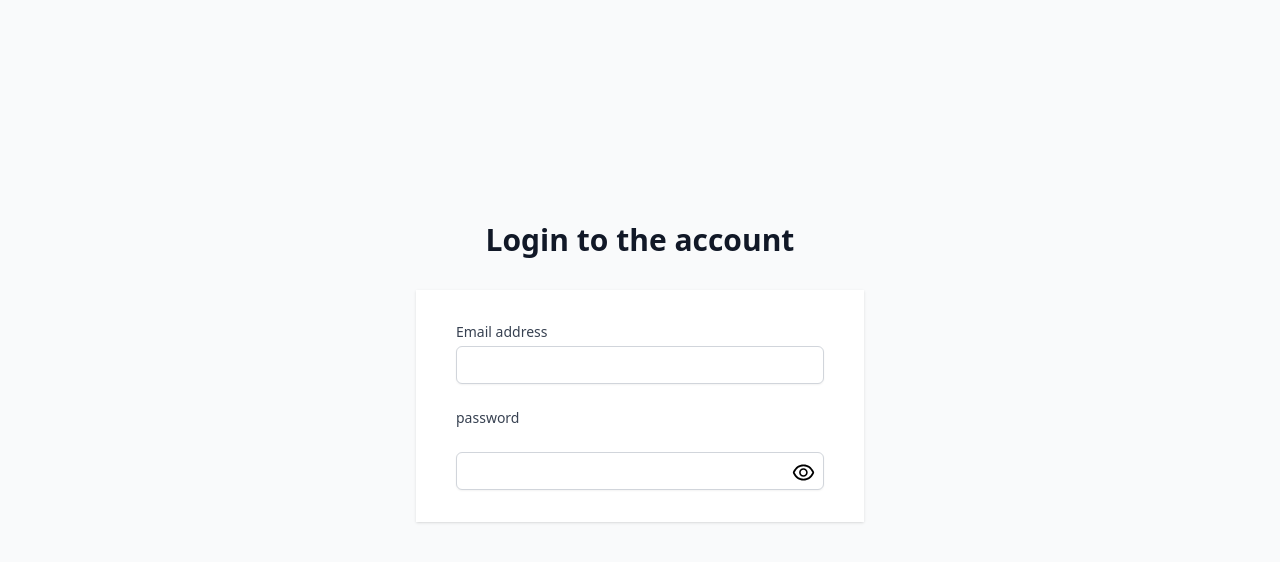
Repository: Kmazengia/nifasgebeya
Page: /login (app in frontend/)
The author's editor kept a copy of each file at every save. The page is drawn from the files as they stood at one save, then again after the next save.
The browser window is 1280 px wide. The pictures show the whole page.
The project was rebuilt for these pictures with package versions that can differ from the ones it lists, and the page was loaded fresh each time.

Above is the page before, as saved 2023-10-07 16:59:19.

### frontend/src/index.js
import React from 'react';
import ReactDOM from 'react-dom/client';
import App from './App';
import reportWebVitals from './reportWebVitals';

const root = ReactDOM.createRoot(document.getElementById('root'));
root.render(
  <React.StrictMode>
    <App />
  </React.StrictMode>
);
reportWebVitals();

### frontend/src/App.js
import React from "react";
import "./App.css";
import { BrowserRouter, Routes, Route } from "react-router-dom";
import { Login } from "./Routes.js";

const App = () => {
  return (
    <BrowserRouter>
      <Routes>
        <Route path="/login" element={<Login />} />
      </Routes>{" "}
    </BrowserRouter>
  );
};

export default App;

### frontend/src/Routes.js
import Login from "../src/pages/Login.jsx";


export {
    Login,
}

### frontend/src/pages/Login.jsx
import { React, useState } from "react";
import { AiOutlineEye } from "react-icons/ai";
const Login = () => {
  const { email, setEmail } = useState("");
  const { password, setPassword } = useState("");
  const { visible, setVisible } = useState(false);
  return (
    <div className="min-h-screen bg-gray-50 flex flex-col justify-center py-12 sm:px-6 lg:px-8">
      <div className="sm:mx-auto sm:w-full sm:max-w-md">
        <h2 className="mt-6 text-center text-3xl font-extrabold text-gray-900">
          Login to the account
        </h2>
      </div>
      <div className="mt-8 sm:mx-auto sm:w-full sm:max-w-md">
        <div className="bg-white py-8 px-4 shadow sm:round-lg sm:px-10">
          <form className="space-y-6  ">
            <div>
              <label
                labelFor="email"
                className="block text-sm font-medium text-gray-700"
              >
                Email address
              </label>
              <div className="mt-1">
                <input
                  type="email"
                  name="email"
                  autoComplete='email'
                  required
                  value={email}
                  onChange={(e) => setEmail(e.target.value)}
                  className="appearance-none block w-full px-3 py-2 border border-gray-300 rounded-md shadow-sm placeholder-gray-400 focus:outline-none focus:ring-blue-500 focus:border-blue-500 sm:text-sm"
                />
              </div>
            </div>
            <label
              labelFor="password"
              className="block text-sm font-medium text-gray-700"
            >
              password
            </label>
            <div className="mt-1 relative">
              <input
                type="password"
                name="password"
                autoComplete="current-password"
                required
                value={password}
                onChange={(e) => setPassword(e.target.value)}
                className="appearance-none block w-full px-3 py-2 border border-gray-300 rounded-md shadow-sm placeholder-gray-400 focus:outline-none focus:ring-blue-500 focus:border-blue-500 sm:text-sm"
              />
              <AiOutlineEye
                className="absolute right-2 top-2 cursor-pointer"
                size={25}
                onClick={() => setVisible(false)}
              />
            </div>
          </form>
        </div>
      </div>
    </div>
  );
};

export default Login;

### frontend/tailwind.config.js
/** @type {import('tailwindcss').Config} */
module.exports = {
  content: ["./src/**/*.{html,js,jsx}"],
  theme: {
    fontFamily: {
      Roboto: ["Roboto", "sans-serif"],
      Poppins: ['Poppins', "sans-serif"],
    },
    extend: {
      screens: {
        "1000px": "1050px",
        "1100px": "1110px",
        "800px": "800px",
        "1300px": "1300px",
        "400px": "400px",
      },
    },
  },
  plugins: [],
};

Loaded but not shown: frontend/public/index.html (common file); frontend/src/reportWebVitals.js (common file); frontend/src/App.css (common file)

After the next save:
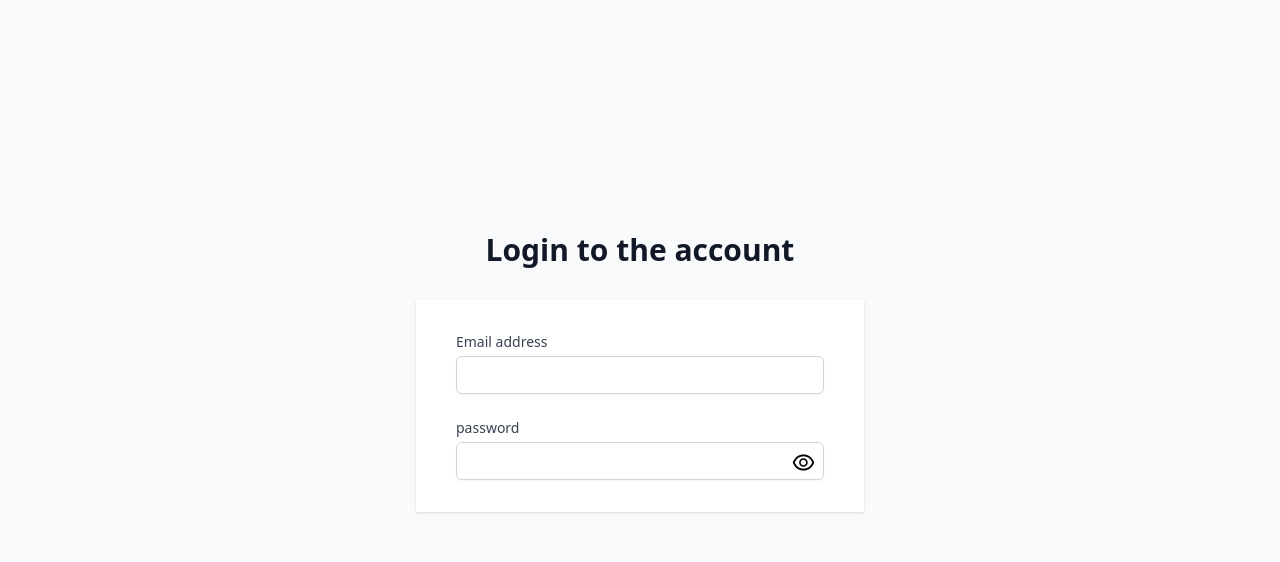
Saved 2 min 35 s later.
--- a/frontend/src/pages/Login.jsx
+++ b/frontend/src/pages/Login.jsx
@@ -33,27 +33,29 @@ const Login = () => {
                 />
               </div>
             </div>
-            <label
-              labelFor="password"
-              className="block text-sm font-medium text-gray-700"
-            >
-              password
-            </label>
-            <div className="mt-1 relative">
-              <input
-                type="password"
-                name="password"
-                autoComplete="current-password"
-                required
-                value={password}
-                onChange={(e) => setPassword(e.target.value)}
-                className="appearance-none block w-full px-3 py-2 border border-gray-300 rounded-md shadow-sm placeholder-gray-400 focus:outline-none focus:ring-blue-500 focus:border-blue-500 sm:text-sm"
-              />
-              <AiOutlineEye
-                className="absolute right-2 top-2 cursor-pointer"
-                size={25}
-                onClick={() => setVisible(false)}
-              />
+            <div>
+              <label
+                labelFor="password"
+                className="block text-sm font-medium text-gray-700"
+              >
+                password
+              </label>
+              <div className="mt-1 relative">
+                <input
+                  type="password"
+                  name="password"
+                  autoComplete="current-password"
+                  required
+                  value={password}
+                  onChange={(e) => setPassword(e.target.value)}
+                  className="appearance-none block w-full px-3 py-2 border border-gray-300 rounded-md shadow-sm placeholder-gray-400 focus:outline-none focus:ring-blue-500 focus:border-blue-500 sm:text-sm"
+                />
+                <AiOutlineEye
+                  className="absolute right-2 top-2 cursor-pointer"
+                  size={25}
+                  onClick={() => setVisible(false)}
+                />
+              </div>
             </div>
           </form>
         </div>
